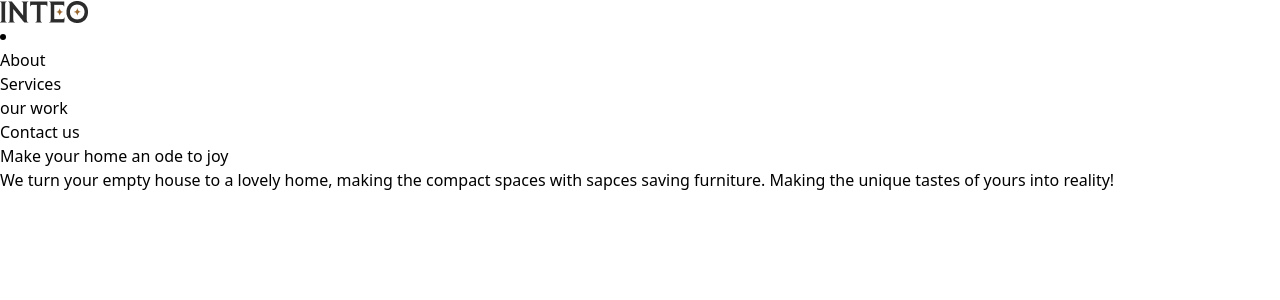
Repository: CatherinneJ/responsive-tailwind-website
Page: tailwind.html
An editor plug-in stored every save of this project. The page is shown before and after the next save, followed by the edit.
The browser window is 1280 px wide. The pictures show the whole page.
Some web libraries are served in a nearby version.

Above is the page before, as saved 2025-05-20 17:20:23.

### tailwind.html
<!DOCTYPE html>
<html lang="en">

<head>
    <meta charset="UTF-8">
    <meta name="viewport" content="width=device-width, initial-scale=1.0">
    <title>ResponsiveTailwind</title>
    <script src="https://cdn.tailwindcss.com"></script>
</head>
<header>
    <nav>
        <img src="./Assets/Logo.png" alt="logo">
        <li>
            <ul>About</ul>
            <ul>Services</ul>
            <ul>our work</ul>
            <ul id="orangebox">Contact us</ul>
        </li>
    </nav>
</header>

<body>
    <section>
        <h1>Make your home an ode to joy</h1>
        <p>
            We turn your empty house to a lovely home, making the compact spaces with sapces saving furniture. Making
            the unique tastes of yours into reality!
        </p>
    </section>


</body>

</html>

After the next save:
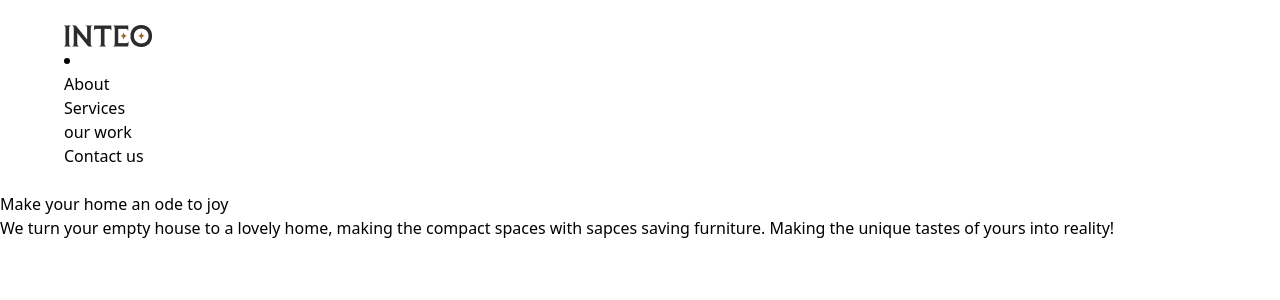
Saved 3 min 25 s later.
--- a/tailwind.html
+++ b/tailwind.html
@@ -7,7 +7,7 @@
     <title>ResponsiveTailwind</title>
     <script src="https://cdn.tailwindcss.com"></script>
 </head>
-<header>
+<header class="py-6 px-8 lg:px-16">
     <nav>
         <img src="./Assets/Logo.png" alt="logo">
         <li>
